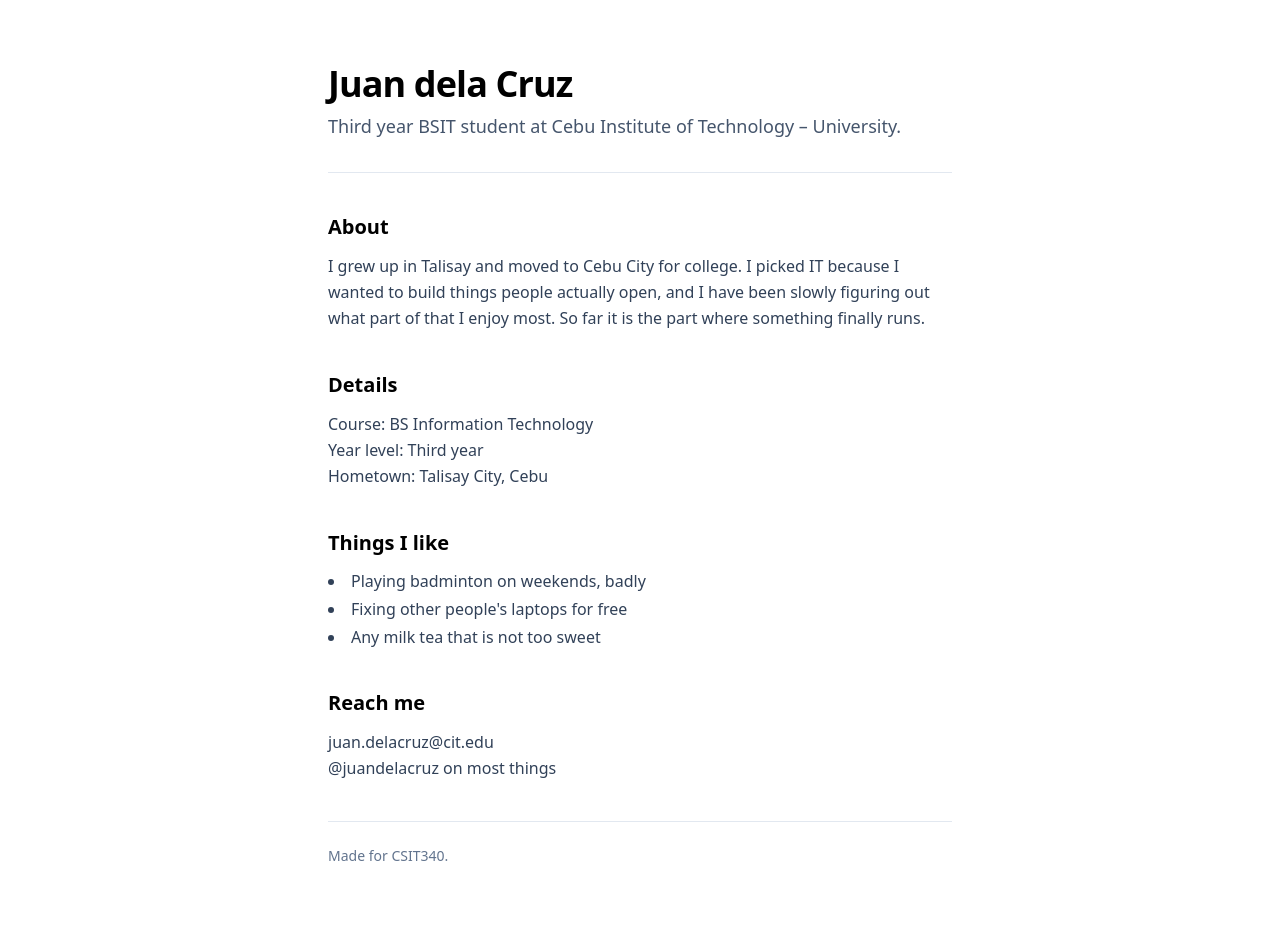
Repository: nicole-galan/CSIT340-Lab1-Galan
Page: /
These files come from the project's save history. The page is drawn as it stood at one moment and after the next save; the edit follows.
The browser window is 1280 px wide. The pictures show the whole page.
The project was rebuilt for these pictures with package versions that can differ from the ones it lists, and the page was loaded fresh each time. Also part of the build but not shown: vite.config.js.

Above is the page before, as saved 2026-09-04 16:33:56.

After the next save:
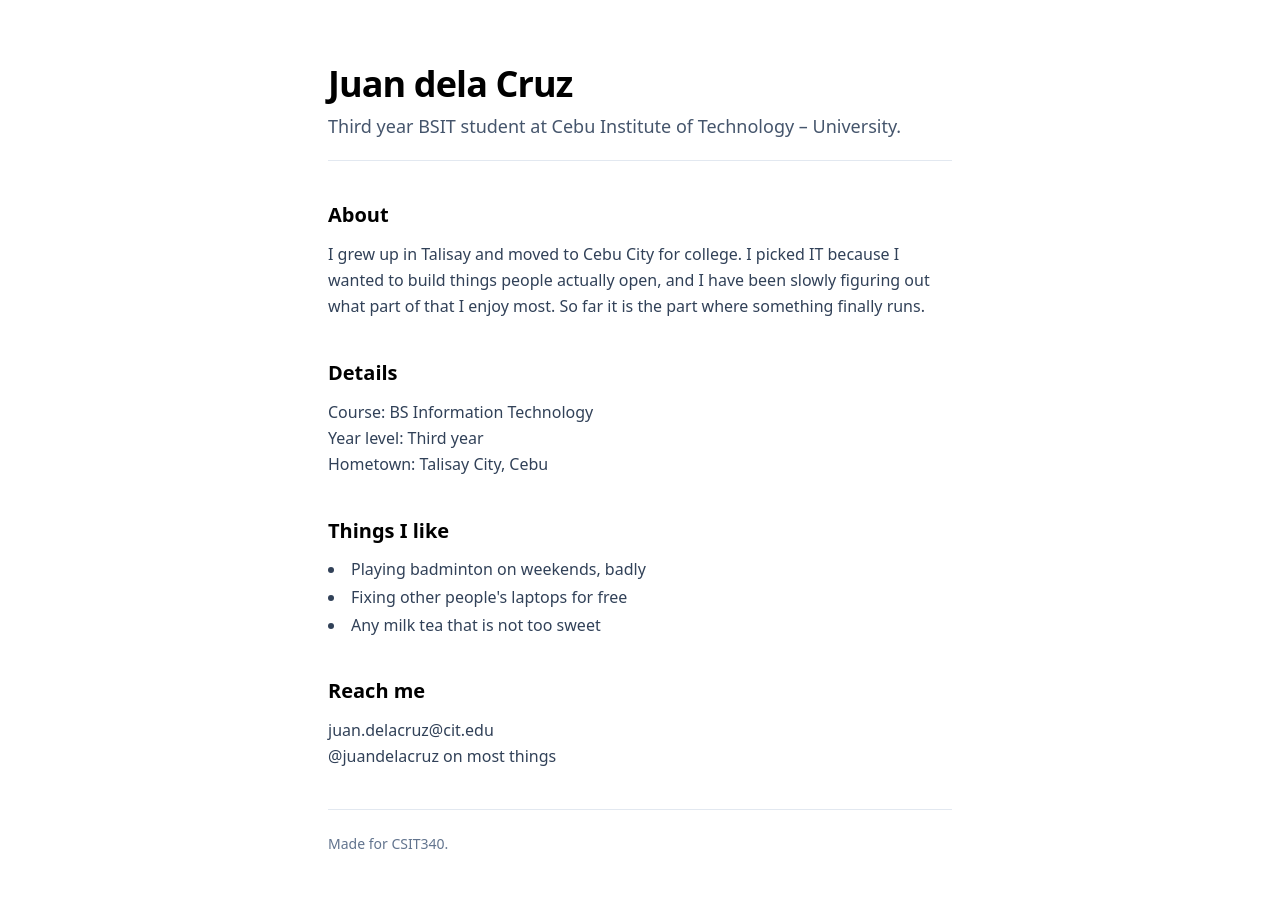
Saved 66 s later.
--- a/src/App.jsx
+++ b/src/App.jsx
@@ -6,7 +6,7 @@
         <p className="text-lg text-slate-600">
           Third year BSIT student at Cebu Institute of Technology – University.
         </p>
-        <hr className="mt-8 border-slate-200" />
+        <hr className="mt-5 border-slate-200" />
       </header>
 
       <main className="max-w-2xl mx-auto px-6 py-10">
